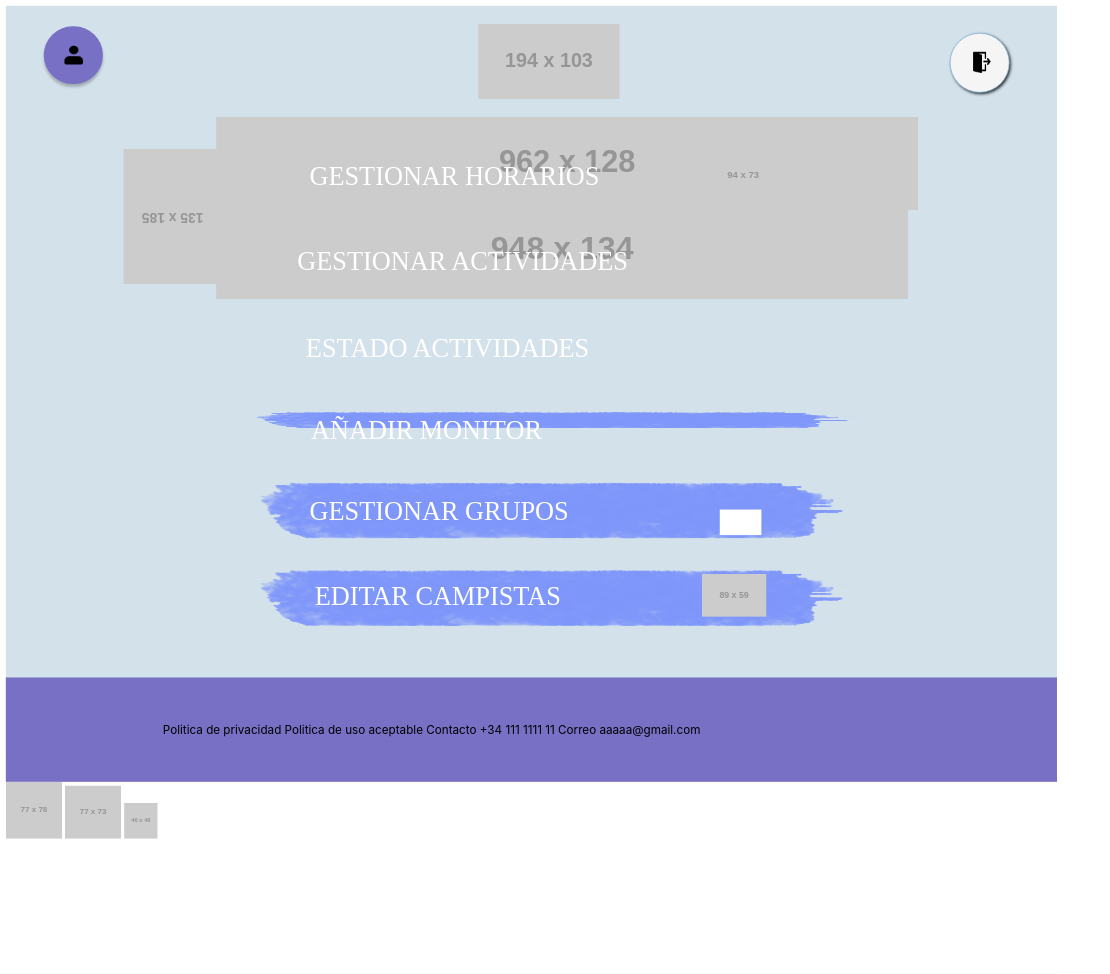
Repository: maariadomiingo/Proyecto-Integrador-Campamento
Page: html/interfaz_coordinador.html
An editor plug-in stored every save of this project. The page is shown before and after the next save, followed by the edit.
The browser window is 1280 px wide. The page is 1448 px wide, then 1520 px, so the pictures cover 1520 px, including what lies to the right of the window. The pictures show the whole page, at 73% of full size.

Above is the page before, as saved 2025-01-31 12:32:52.

### html/interfaz_coordinador.html
<!DOCTYPE html>
<html lang="en">
<head>
  <meta charset="UTF-8">
  <meta name="viewport" content="width=device-width, initial-scale=1.0">
  <title>Document</title>
</head>
<body>


<div style="width: 1440px; height: 1063px; position: relative; background: white">
  <div style="width: 1440px; height: 1025px; left: 0px; top: 0px; position: absolute; background: #D3E1EB"></div>
  <div style="width: 81px; height: 79px; left: 52px; top: 28px; position: absolute; background: #7770C5; box-shadow: 0px 4px 4px rgba(0, 0, 0, 0.25); border-radius: 9999px"></div>
  <img style="width: 34px; height: 31px; left: 76px; top: 52px; position: absolute" src="../img/user.png" />
  <div style="width: 80px; height: 80px; left: 1293px; top: 37px; position: absolute; background: #F5F5F5; box-shadow: 2px 2px 4px rgba(0, 0, 0, 0.75); border-radius: 9999px; border: 1px #7AB3D7 solid"></div>
  <img style="width: 24px; height: 29px; left: 1325px; top: 63px; position: absolute" src="../img/cerrar-sesion.png" />
  <div style="width: 1440px; height: 143px; left: 0px; top: 920px; position: absolute; background: #7770C5"></div>
  <div style="width: 1009px; left: 215px; top: 982px; position: absolute; color: black; font-size: 16px; font-family: Inter; font-weight: 400; word-wrap: break-word">Politica de privacidad                 Politica de uso aceptable                 Contacto +34 111 1111 11                  Correo aaaaa@gmail.com</div>
  <div style="width: 407px; height: 125px; left: 187px; top: 300px; position: absolute"></div>
  <img style="width: 940px; height: 400px; left: 288px; top: 630px; position: absolute" src="../img/trazo-pincel.png" />
  <img style="width: 940px; height: 400px; left: 288px; top: 510px; position: absolute" src="../img/trazo-pincel.png" />
  <div style="width: 955px; height: 110px; left: 281px; top: 516px; position: absolute">
    <img style="width: 955px; height: 114px; left: 0px; top: 0px; position: absolute" src="../img/trazo-pincel.png" />
    <div style="width: 455px; height: 17.65px; left: 137px; top: 44px; position: absolute; color: white; font-size: 36px; font-family: Montserrat; font-weight: 500; word-wrap: break-word">AÑADIR MONITOR</div>
  </div>
  <div style="width: 955px; height: 114px; left: 284px; top: 402px; position: absolute">
    <img style= src="../img/trazo-pincel.png" />
    <div style="width: 533px; height: 18.30px; left: 127px; top: 46.41px; position: absolute; color: white; font-size: 36px; font-family: Montserrat; font-weight: 500; word-wrap: break-word">ESTADO ACTIVIDADES</div>
  </div>
  <div style="width: 948px; height: 134px; left: 288px; top: 268px; position: absolute">
    <img style="width: 948px; height: 134px; left: 0px; top: 0px; position: absolute" src="https://via.placeholder.com/948x134" />
    <div style="width: 566.81px; height: 21.51px; left: 111.19px; top: 61.17px; position: absolute; color: white; font-size: 36px; font-family: Montserrat; font-weight: 500; word-wrap: break-word">GESTIONAR ACTIVIDADES</div>
  </div>
  <img style="width: 135px; height: 185px; left: 296px; top: 381px; position: absolute; transform: rotate(180deg); transform-origin: 0 0" src="https://via.placeholder.com/135x185" />
  <div style="width: 651px; height: 863px; left: 670px; top: 463px; position: absolute"></div>
  <div style="width: 962px; height: 128px; left: 288px; top: 152px; position: absolute">
    <img style="width: 962px; height: 128px; left: 0px; top: 0px; position: absolute" src="https://via.placeholder.com/962x128" />
    <div style="width: 584.25px; height: 20.54px; left: 127.93px; top: 60.84px; position: absolute; color: white; font-size: 36px; font-family: Montserrat; font-weight: 500; word-wrap: break-word">GESTIONAR HORARIOS</div>
    <img style="width: 93.68px; height: 73.48px; left: 674.91px; top: 44.25px; position: absolute" src="https://via.placeholder.com/94x73" />
  </div>
  <img style="width: 194px; height: 103px; left: 647px; top: 25px; position: absolute" src="https://via.placeholder.com/194x103" />
  <img style="width: 89px; height: 59px; left: 953px; top: 778px; position: absolute" src="https://via.placeholder.com/89x59" />
  <div style="width: 100px; height: 100px; left: 646px; top: 210px; position: absolute"></div>
  <div style="width: 455px; height: 60px; left: 423px; top: 788px; position: absolute; color: white; font-size: 36px; font-family: Montserrat; font-weight: 500; word-wrap: break-word">EDITAR CAMPISTAS</div>
  <div style="width: 455px; height: 17.65px; left: 416px; top: 672px; position: absolute; color: white; font-size: 36px; font-family: Montserrat; font-weight: 500; word-wrap: break-word">GESTIONAR GRUPOS</div>
  <div style="width: 69px; height: 70px; padding-left: 5.75px; padding-right: 5.75px; padding-top: 17.50px; padding-bottom: 17.50px; left: 966px; top: 655px; position: absolute; flex-direction: column; justify-content: center; align-items: center; display: inline-flex">
    <div style="width: 57.50px; height: 35px; background: white"></div>
  </div>
</div>
<img style="width: 77px; height: 78px" src="https://via.placeholder.com/77x78" />
<img style="width: 77px; height: 73px" src="https://via.placeholder.com/77x73" />
<img style="width: 46px; height: 49px" src="https://via.placeholder.com/46x49" />
</body>
</html>

After the next save:
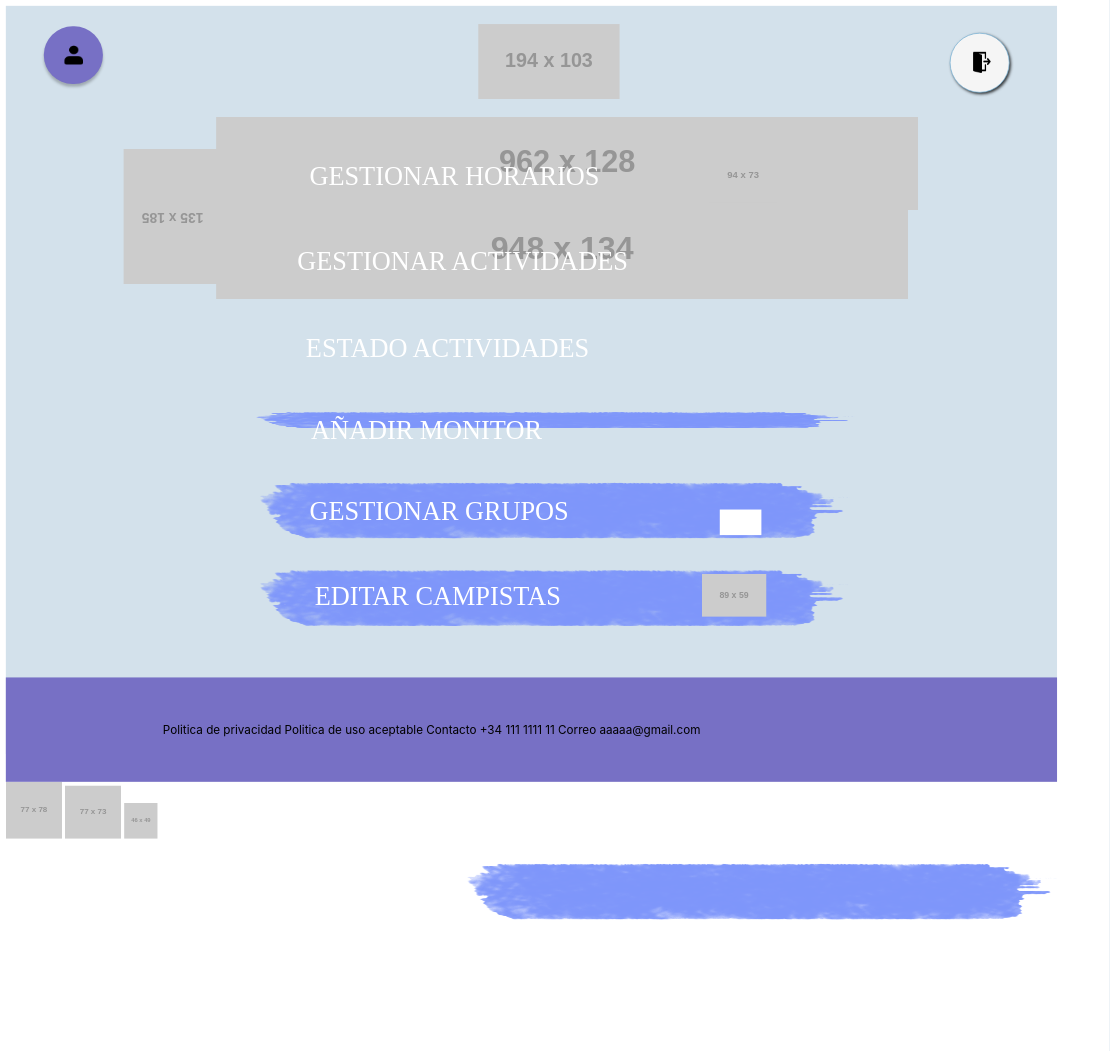
Saved 5 s later.
--- a/html/interfaz_coordinador.html
+++ b/html/interfaz_coordinador.html
@@ -24,7 +24,7 @@
     <div style="width: 455px; height: 17.65px; left: 137px; top: 44px; position: absolute; color: white; font-size: 36px; font-family: Montserrat; font-weight: 500; word-wrap: break-word">AÑADIR MONITOR</div>
   </div>
   <div style="width: 955px; height: 114px; left: 284px; top: 402px; position: absolute">
-    <img style= src="../img/trazo-pincel.png" />
+    <img style="width: 940px; height: 400px; left: 288px; top: 630px; position: absolute" src="../img/trazo-pincel.png" />
     <div style="width: 533px; height: 18.30px; left: 127px; top: 46.41px; position: absolute; color: white; font-size: 36px; font-family: Montserrat; font-weight: 500; word-wrap: break-word">ESTADO ACTIVIDADES</div>
   </div>
   <div style="width: 948px; height: 134px; left: 288px; top: 268px; position: absolute">
